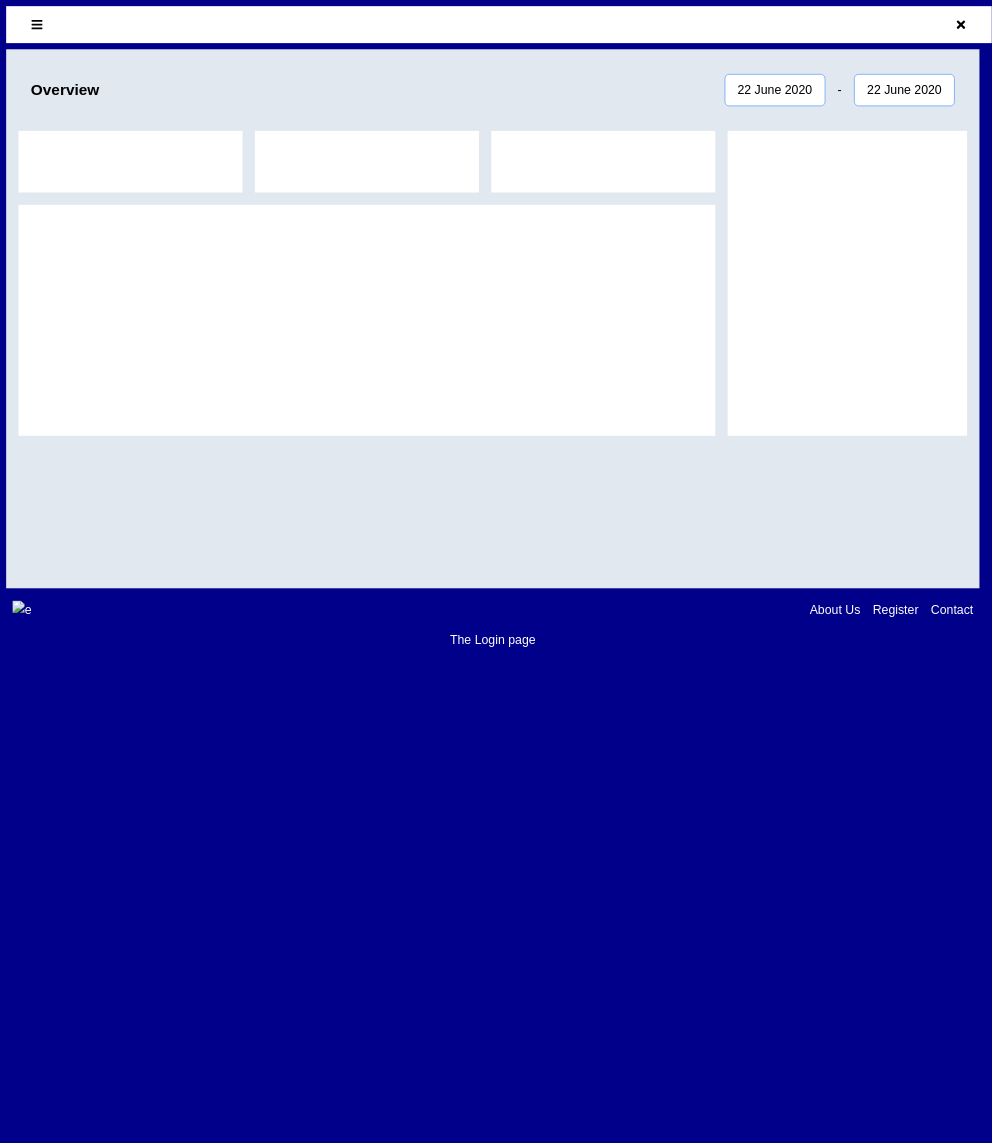
Repository: AngusOnyebuchi/Dashboard
Page: /
These files come from the project's save history. The page is drawn as it stood at one moment and after the next save; the edit follows.
The browser window is 1280 px wide. The page is 1288 px wide, so the pictures cover 1288 px, including what lies to the right of the window. The pictures show the whole page, at 77% of full size.
The project was rebuilt for these pictures with package versions that can differ from the ones it lists, and the page was loaded fresh each time.

Above is the page before, as saved 2022-05-16 12:53:20.

After the next save:
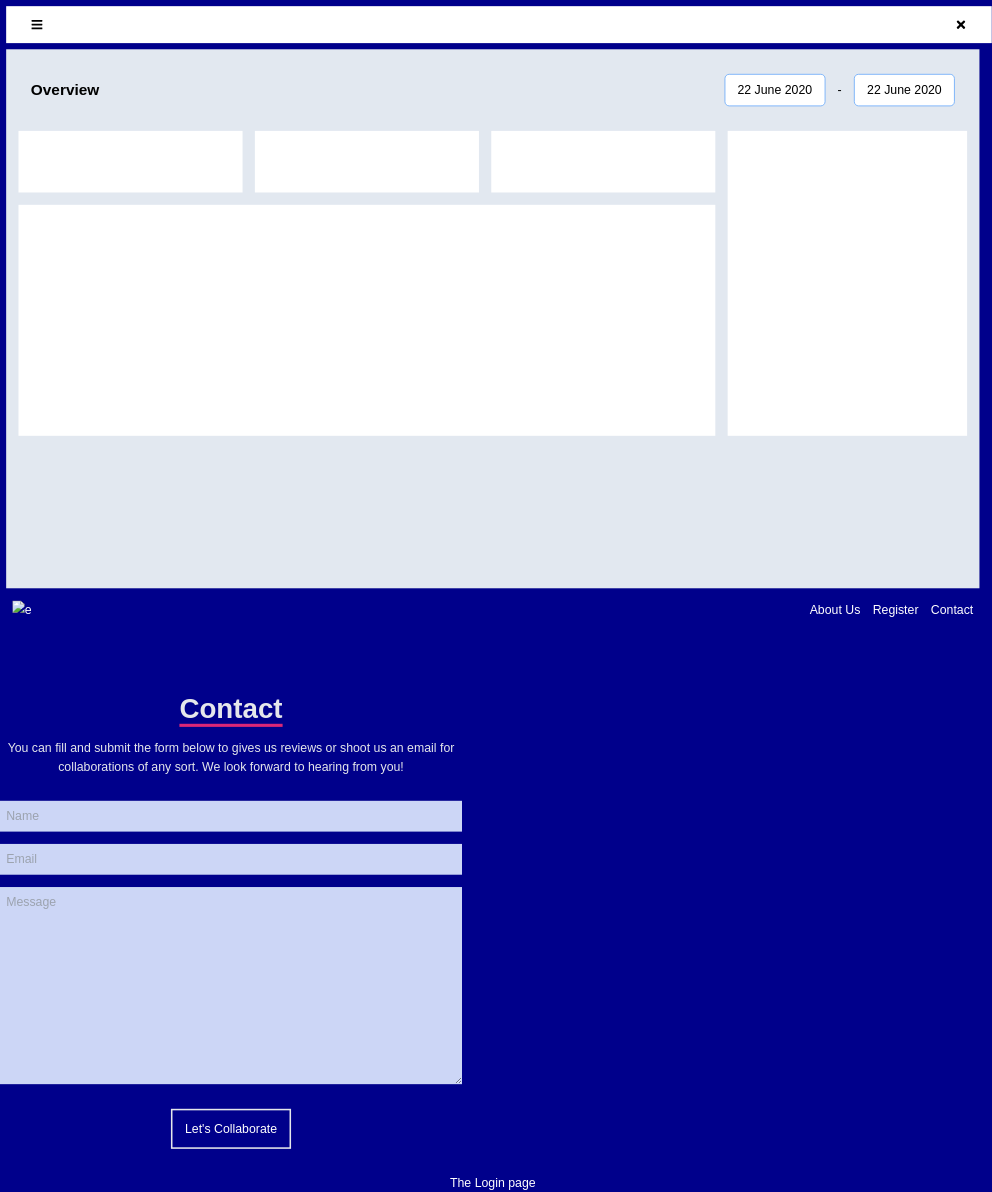
Saved 4 min 7 s later.
--- a/src/components/Login.js
+++ b/src/components/Login.js
@@ -13,6 +13,18 @@ export default function Login() {
                 <p>Contact</p>
             </div>
         </div>
+        <div>
+        <form method="POST" action="https://getform.io/f/fe45028b-14d7-4641-8e48-4acf76466533" className="flex flex-col max-w-[600px] w-full">
+                <div className="pb-8 mt-12 pt-8">
+                    <p className="text-4xl font-bold inline border-b-4 border-pink-600 text-gray-200">Contact</p>
+                    <p className="text-gray-200 pt-5">You can fill and submit the form below to gives us reviews or shoot us an email for collaborations of any sort. We look forward to hearing from you!</p>
+                </div>
+                <input type="text" placeholder="Name" name="name" className="p-2 bg-[#ccd6f6]"/>
+                <input type="email" placeholder="Email" name="email" className="my-4 p-2 bg-[#ccd6f6]"/>
+                <textarea name="message" rows="10" placeholder="Message" className="bg-[#ccd6f6] p-2"></textarea>
+                <button className="text-white border-2 hover:bg-pink-600 hover:border-pink-600 px-4 py-3 my-8 mx-auto flex items-center">Let's Collaborate</button>
+            </form>
+        </div>
 
         <h1>The Login page</h1>
         </div>
